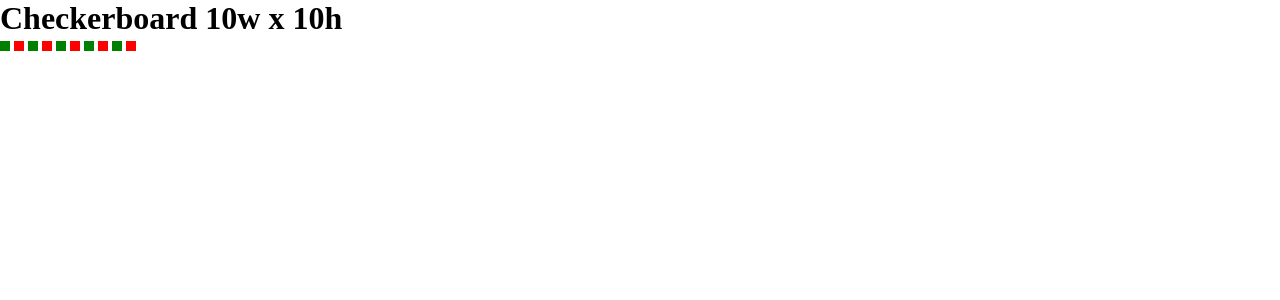
Repository: bchang1213/javaEE
Page: http://localhost/Checkerboard/view.jsp
The author's editor kept a copy of each file at every save. The page is drawn from the files as they stood at one save, then again after the next save.
The browser window is 1280 px wide. The pictures show the whole page.
The page is served by Tomcat 9.

Above is the page before, as saved 2017-10-05 20:25:25.

After the next save:
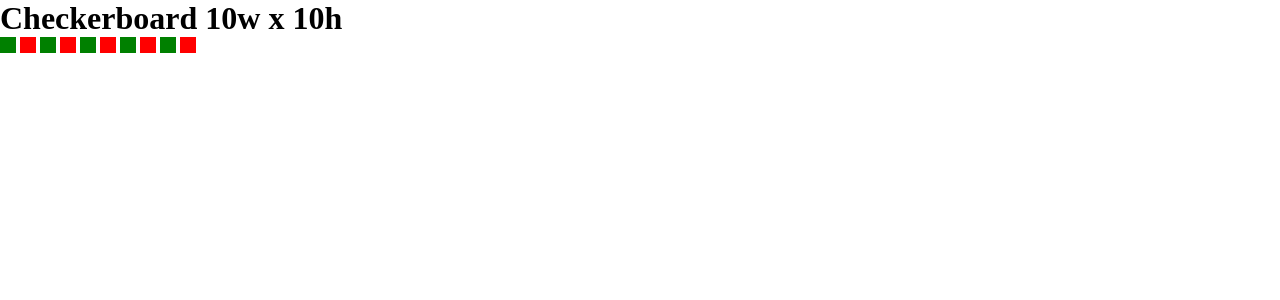
Saved 32 s later.
--- a/Checkerboard/WebContent/style.css
+++ b/Checkerboard/WebContent/style.css
@@ -13,13 +13,13 @@ div.block{
 }
 
 div.block:nth-child(even){
-	width:10px;
-	height: 10px;
+	width:1em;
+	height: 1em;
 	background-color:green;
 }
 
 div.block:nth-child(odd){
-	width:10px;
-	height: 10px;
+	width:1em;
+	height: 1em;
 	background-color:red;
 }
